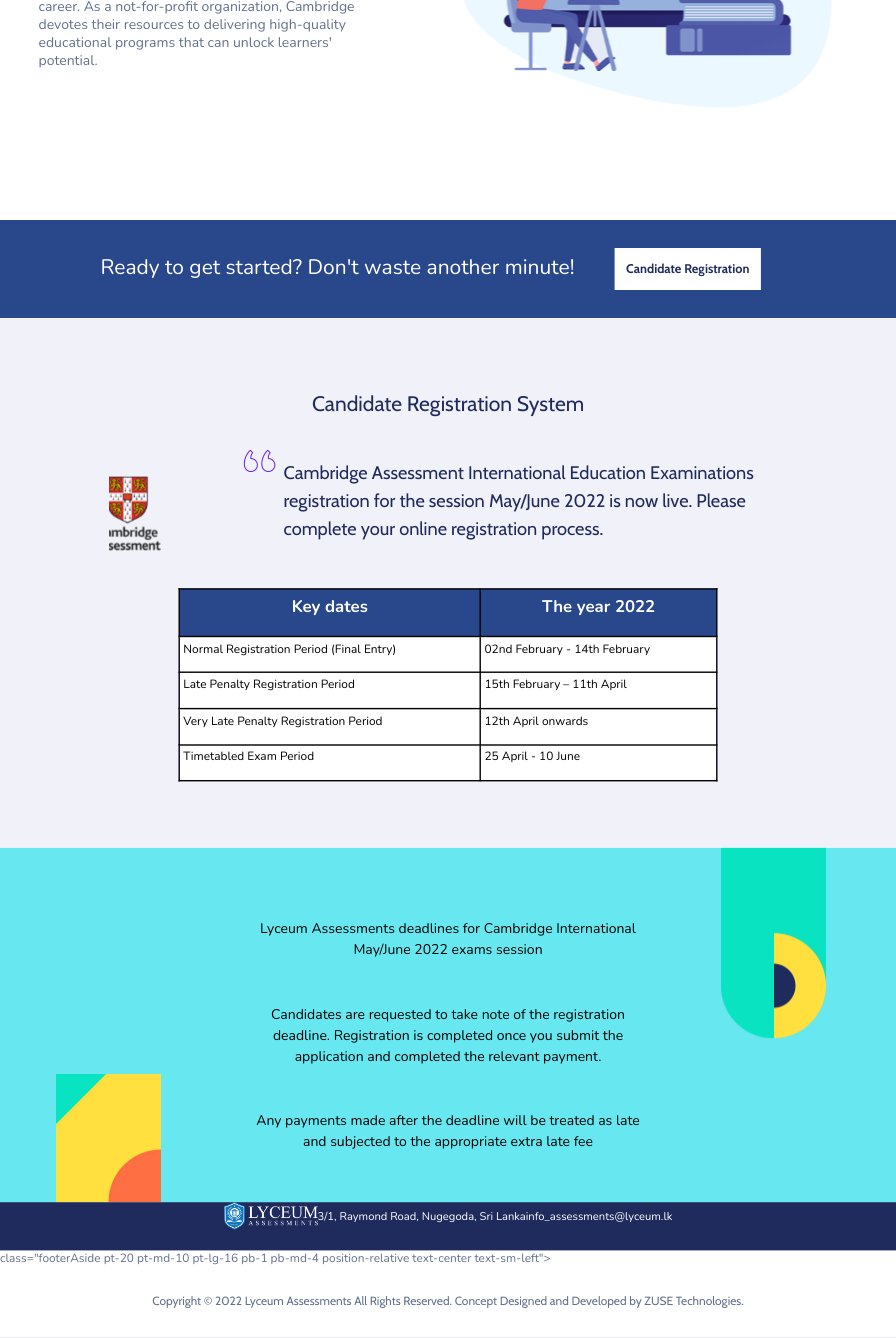
Repository: AXUSLK/LyceumAssessments-HTML
Page: index.html
An editor plug-in stored every save of this project. The page is shown before and after the next save, followed by the edit.
The browser window is 1280 px wide. The pictures show the part of the page from y = 2486 to 4406 px (the page is 4397 px tall before and 4406 px after), at 70% of full size.
Backgrounds fixed to the window are drawn as part of the page. Some web libraries are served in a nearby version.

Above is the page before, as saved 2022-01-31 15:15:39.

### index.html
<!DOCTYPE html>
<html lang="en">

<head>
	<!-- set the encoding of your site -->
	<meta charset="utf-8">
	<meta name="viewport" content="width=device-width, initial-scale=1.0">
	<!-- set the page title -->
	<title>Lyceum Assessments is a fully owned subsidiary of the Lyceum Group.</title>
	<!-- inlcude google cabin font cdn link -->
	<link
		href="https://fonts.googleapis.com/css2?family=Cabin:ital,wght@0,400;0,500;0,600;0,700;1,400;1,500;1,600;1,700&display=swap"
		rel="stylesheet">
	<!-- inlcude google nunito font cdn link -->
	<link
		href="https://fonts.googleapis.com/css2?family=Nunito:ital,wght@0,300;0,400;0,600;0,700;1,300;1,400;1,600;1,700&display=swap"
		rel="stylesheet">
	<!-- include the site bootstrap stylesheet -->
	<link rel="stylesheet" href="css/bootstrap.css">
	<!-- include the site stylesheet -->
	<link rel="stylesheet" href="style.css">
	<!-- include theme color setting stylesheet -->
	<link rel="stylesheet" href="css/colors.css">
	<!-- include the site responsive stylesheet -->
	<link rel="stylesheet" href="css/responsive.css">
</head>

<body>
	<!-- pageWrapper -->
	<div id="pageWrapper">
		<div class="phStickyWrap">

			<!-- pageHeader -->
			<header id="pageHeader" class="w-100 headerFixer">
				<div class="container">
					<!-- hdHolder -->
					<div class="hdHolder position-relative pt-2 pb-2 pt-lg-4 pb-lg-4 pt-xl-7 pb-xl-7">
						<div class="row">
							<div class="col-4 col-md-2">
								<!-- logo -->
								<div class="logo mt-1">
									<a href="javascript:void(0);">
										<img src="images/LYA__LOGO.png" class="img-fluid" alt="">
									</a>
								</div>
							</div>
							<div class="col-8 col-md-10 position-static">
								<!-- pageNav -->
								<nav id="pageNav"
									class="navbar navbar-expand-md navbar-dark justify-content-end p-0 align-items-start position-static">
									<!-- pageMainNavCollapse -->
									<div class="collapse navbar-collapse pageMainNavCollapse justify-content-end"
										id="pageMainNavCollapse">
										<!-- mainNavigation -->
										<ul class="navbar-nav mainNavigation fwSemi pt-md-2">
											<li class="nav-item">
												<a class="nav-link" href="#pageWrapper">Home <span
														class="sr-only">(current)</span></a>
											</li>
											<li class="nav-item">
												<a class="nav-link" href="#scrollToAbout">About Us</a>
											</li>
											<li class="nav-item">
												<a class="nav-link" href="#scrollToWhy">Why?</a>
											</li>
											<li class="nav-item">
												<a class="nav-link" href="#scrollToCambridge">Cambridge</a>
											</li>
											<li class="nav-item">
												<a class="nav-link" href="#scrollToContact">Contact Us</a>
											</li>
										</ul>
									</div>
									<!-- hdBtn -->
									<a href="javascript:void(0);"
										class="btn btn-info font-weight-normal text-capitalize hdBtn ml-md-3 ml-md-6 ml-lg-12 position-relative border-0 p-0"
										data-hover="Get Started">
										<span class="d-block btnText">Candidate Registration </span>
									</a>
									<!-- pageNavOpener -->
									<button class="navbar-toggler pageNavOpener ml-3" type="button"
										data-toggle="collapse" data-target="#pageMainNavCollapse"
										aria-controls="pageMainNavCollapse" aria-expanded="false"
										aria-label="Toggle navigation">
										<span class="navbar-toggler-icon"></span>
									</button>
								</nav>
							</div>
						</div>
					</div>
				</div>
			</header>
		</div>

		<main>

			<!-- Header -->
			<section class="introBlock d-flex w-100 position-relative text-white bg-secondary">
				<div class="w-100 d-flex align-items-center">
					<!-- ibHolder -->
					<div class="w-100 position-relative ibHolder py-19 py-md-23 py-xl-29">
						<div class="container">
							<div class="row align-items-center">
								<div class="col-12 col-md-6">
									<div class="captionWrap position-relative">
										<div class="wow fadeInUp" data-wow-delay="0.5s">
											<h1 class="text-white font-weight-bold mb-5"> The best route for your
												education
											</h1>
										</div>
										<div class="wow fadeInUp" data-wow-delay="1s">
											<p>Don't waste another minute, concentrate on your studies!</p>
										</div>
										<div class="wow fadeInUp" data-wow-delay="1.5s">
											<a href="#scrollToWhy"
												class="btn btn-info btnMin align-top mt-6 p-0 border-0 position-relative"
												data-hover="Why Us?">
												<span class="d-block btnText">Why?</span>
											</a>
										</div>
									</div>
								</div>
								<div class="col-12 col-md-6 d-none d-md-block imageWrap wow bounceInRight"
									data-wow-delay="2s">
									<!-- imgHolder -->
									<div class="imgHolder pl-7 pl-xl-12 position-relative">
										<img src="./images/header.png">
									</div>
								</div>
							</div>
						</div>
					</div>
				</div>
				<!-- svgBg -->
				<svg class="svgBg">
					<defs>
						<clipPath id="path01" clipPathUnits="objectBoundingBox">
							<path d="M 1 0 L 0.93 0 C 0.7 0.18 0.77 0.26 0.51 0.34 Q 0.36 0.38 0.52 1 L 1 1 Z"></path>
						</clipPath>
					</defs>
					<rect width="100%" height="100%" style="clip-path: url(#path01);" fill="#7730ef"></rect>
				</svg>
				<!-- ibBgPattern -->
				<span class="position-absolute w-100 h-100 ibBgPattern"
					style="background-image: url(images/bgShapes01.png);"></span>
			</section>

			<!-- Partners -->
			<aside class="sponsorsAside position-relative text-center">
				<div class="container">
					<div class="bg-white mt-n12 mt-md-n15 shadow-lg py-4 py-md-7">
						<!-- logosSlider -->
						<div class="logosSlider">

							<!-- slide -->
							<div>
								<!-- logoWrap -->
								<div class="logoWrap">
									<img src="images/lyceum_school.png" class="img-fluid" alt="stylus">
								</div>
							</div>
							<!-- slide -->
							<div>
								<!-- logoWrap -->
								<div class="logoWrap">
									<img src="images/lyceum_placements.png" class="img-fluid" alt="drkht">
								</div>
							</div>
							<!-- slide -->
							<div>
								<!-- logoWrap -->
								<div class="logoWrap">
									<img src="images/lyceum_assessments.png" class="img-fluid" alt="Brook.">
								</div>
							</div>

						</div>
					</div>
				</div>
			</aside>

			<!-- About -->
			<div id="scrollToAbout" class="mt-md-n12 mt-lg-n14 pt-md-12 pt-lg-14">
				<!-- featureBlock -->
				<section class="featureBlock pt-8 pt-md-13 pt-lg-19 pt-xl-23">
					<div class="container">
						<!-- afColumn -->
						<article class="afColumn mb-7 mb-md-11 mb-lg-18">
							<div class="row align-items-center">
								<div class="col-12 col-md-6 wow slideInRight">
									<div class="extraWrap pl-md-7 pl-lg-14">
										<!-- titleWrap -->
										<header class="titleWrap">
											<h3 class="mb-5">About Lyceum Assessments</h3>
											<p>Lyceum Assessments is a fully owned subsidiary of the Lyceum Group. We
												are focusing on
												conducting, administering and offering competitive international and
												Lyceum examinations to
												students island-wide.
											</p>
											<p>
												Lyceum Assessments (Pvt) Limited was incorporated as a private limited
												company under the
												Companies Act of Sri Lanka on 27th July 2021.</p>
										</header>
										<!-- afTabsList -->
										<ul class="nav nav-tabs afTabsList border-0 fontAlter fwMedium mt-8" id="myTab"
											role="tablist">
											<li class="nav-item" role="presentation">
												<a class="nav-link active" id="analytics-tab" data-toggle="tab"
													href="#analytics" role="tab" aria-controls="analytics"
													aria-selected="true">Our Vision</a>
											</li>
											<li class="nav-item" role="presentation">
												<a class="nav-link" id="traffic-tab" data-toggle="tab" href="#traffic"
													role="tab" aria-controls="traffic" aria-selected="false">Our
													Mission</a>
											</li>
										</ul>
										<!-- myTabContent -->
										<div class="tab-content" id="myTabContent">
											<div class="tab-pane fade show active" id="analytics" role="tabpanel"
												aria-labelledby="analytics-tab">
												<div class="mtctWrap overflow-hidden pt-5">
													<p>To become the market leader in the administration of assessments
														in the region.</p>
												</div>
											</div>
											<div class="tab-pane fade" id="traffic" role="tabpanel"
												aria-labelledby="traffic-tab">
												<div class="mtctWrap overflow-hidden pt-5">
													<p>To provide the expertise required to assess learning at different
														levels of education by making
														globally recognized awards and qualifications accessible &
														affordable to all while ensuring
														international quality standards.</p>
												</div>
											</div>
										</div>
									</div>
								</div>

								<div class="col-12 col-md-6 wow slideInLeft">
									<!-- imgHolder -->
									<div class="imgHolder position-relative mx-auto mb-4 mb-md-0">
										<img src="./images/about.png" class="img-fluid" alt="image description">
										<!-- bgPattern -->
										<span class="bgPattern position-absolute"
											style="background-image: url(images/bgShapes03.png);"></span>
									</div>
								</div>
							</div>
						</article>
					</div>
				</section>
			</div>

			<!-- allFeatBlock -->
			<section id="scrollToWhy" class="allFeatBlock pb-3 pb-lg-10 pb-xl-14">
				<div class="container">
					<!-- afColumnsWrap -->
					<div class="afColumnsWrap">
						<!-- afColumn -->
						<article class="afColumn mb-7 mb-md-11 mb-lg-18">
							<div class="row align-items-center">
								<div class="col-12 col-md-6 wow slideInLeft">
									<!-- imgHolder -->
									<div class="imgHolder position-relative mx-auto mb-4 mb-md-0">
										<img src="./images/lyceum_group.png" class="img-fluid" alt="image description">
										<!-- bgPattern -->
										<span class="bgPattern position-absolute"
											style="background-image: url(images/bgShapes03.png);"></span>
									</div>
								</div>
								<div class="col-12 col-md-6 wow slideInRight">
									<div class="extraWrap pl-md-7 pl-lg-14">
										<!-- titleWrap -->
										<header class="titleWrap">
											<h3 class="mb-5">The Lyceum Group</h3>
										</header>
										<p>
										<p>Lyceum group allows the students to grow with international ideals and
											character, in a multi-ethnic, multi-cultural and multi-religious, school
											environment. Academic and co-curricular programmes conducted by Lyceum
											International Schools, fully complying with international standards.</p>
										<p>The Honourable Dr. Mohan Lal Grero, a visionary educator founded Lyceum
											International Schools in 1993 to provide English medium education up to
											Grade 12. The school is non-profit organization, which is co-educational and
											committed to the pursuit of excellence in teaching and learning in the
											English medium, which is accessible and affordable to all within the
											socio-cultural environment of Sri Lanka.</p>
										<p>Lyceum Placements and Lyceum Assessments are the latest additions to the
											Lyceum Group</p>
										</p>
									</div>
								</div>
							</div>
						</article>
						<!-- afColumn -->
						<article class="afColumn mb-7 mb-md-11 mb-lg-18">
							<div class="row align-items-center">
								<div class="col-12 col-md-6 wow slideInLeft">
									<!-- imgHolder -->
									<div class="imgHolder position-relative mx-auto mb-4 mb-md-0">
										<img src="./images/cambridge.png" class="img-fluid" alt="image description">
										<!-- bgPattern -->
										<span class="bgPattern position-absolute"
											style="background-image: url(images/bgShapes03.png);"></span>
									</div>
								</div>
								<div class="col-12 col-md-6 wow slideInRight">
									<div class="extraWrap pr-md-7 pr-lg-14">
										<!-- titleWrap -->
										<header class="titleWrap">
											<h3 class="mb-5">Cambridge International Examinations</h3>
											<p>
											<p>Cambridge Assessment International Education prepares school students for
												life, helping them develop an informed curiosity and a lasting passion
												for learning.</p>
											<p>Cambridge international qualifications are recognized by the
												world&rsquo;s best universities and employers, giving students a wide
												range of options in their education and career. As a not-for-profit
												organization, Cambridge devotes their resources to delivering
												high-quality educational programs that can unlock learners' potential.
											</p>
											</p>
										</header>

									</div>
								</div>
							</div>
						</article>
					</div>
				</div>
			</section>

			<!-- tryPetAside -->
			<aside class="tryPetAside text-center text-white py-5 py-lg-8 wow pulse">
				<div class="container">
					<p class="mb-0">Ready to get started? Don't waste another minute! <a href="javascript:void(0);"
							class="btn btnWhite mt-3 mt-md-0 mx-md-4 mx-lg-10 btnMin p-0 border-0 position-relative"
							data-hover="Try it"><span class="d-block btnText">Candidate Registration</span></a></p>
				</div>
			</aside>

			<div id="scrollToCambridge" class="mt-md-n12 mt-lg-n14 pt-md-12 pt-lg-14 wow fadeIn" data-wow-delay="1s">
				<!-- testimonialsBlock -->
				<article
					class="testimonialsBlock bg-light pt-7 pb-5 pt-md-9 pb-md-7 pt-lg-14 pb-lg-12 pt-xl-21 pb-xl-19">
					<div class="container">
						<header class="text-center mb-8">
							<h2 class="h4 font-weight-normal">Candidate
								Registration System</h2>
						</header>
						<div class="row">
							<div class="col-12 col-md-10 offset-md-1">
								<!-- quotesSlider -->
								<div class="quotesSlider">
									<div>
										<!-- clientQuote -->
										<blockquote
											class="clientQuote fontAlter position-relative text-primary pt-25 pt-sm-0 pl-sm-40 pl-xl-50 mb-0">
											<q class="d-block position-relative mb-7 pt-4 pl-12 pl-sm-0">Cambridge
												Assessment International Education Examinations registration for the
												session May/June
												2022 is now live. Please complete your online registration
												process. </q>
											<cite class="d-block pl-12 pl-sm-0">
												<!-- profilePicWrap -->
												<span
													class="profilePicWrap position-absolute overflow-hidden rounded-circle">
													<img src="./images/cambridge_logo.png"
														class="img-fluid w-100 h-100 imgFit rounded-circle"
														alt="Donald Salvor || Global Initiative">
												</span>

											</cite>
										</blockquote>
									</div>
								</div>
							</div>
						</div>
						<div class="row">
							<div class="col-md-2"></div>
							<div class="col-md-8">
								<table class="infoTable">
									<tbody>
										<tr>
											<th width="298">
												<p><strong>Key dates</strong></p>
											</th>
											<th width="234">
												<p><strong>The year 2022</strong></p>
											</th>
										</tr>
										<tr>
											<td width="298">
												<p>Normal Registration Period (Final Entry)</p>
											</td>
											<td width="234">
												<p>02nd February - 14th February</p>
											</td>
										</tr>
										<tr>
											<td width="298">
												<p>Late Penalty Registration Period</p>
											</td>
											<td width="234">
												<p>15th February &ndash; 11th April</p>
											</td>
										</tr>
										<tr>
											<td width="298">
												<p>Very Late Penalty Registration Period</p>
											</td>
											<td width="234">
												<p>12th April onwards</p>
											</td>
										</tr>
										<tr>
											<td width="298">
												<p>Timetabled Exam Period</p>
											</td>
											<td width="234">
												<p>25 April - 10 June</p>
											</td>
										</tr>
									</tbody>
								</table>
							</div>
							<div class="col-md-2"></div>

						</div>

					</div>
				</article>
			</div>

			<!-- getStartedAside -->
			<aside
				class="getStartedAside textMedium position-relative d-flex w-100 bg-info text-center overflow-hidden">
				<div class="d-flex w-100 gsaHolder align-items-center">
					<div class="w-100 py-7">
						<div class="container">
							<div class="row">
								<div
									class="col-12 col-md-10 offset-md-1 col-lg-8 offset-lg-2 col-xl-6 offset-xl-3 wow wobble">
									<!-- <h1 class="h1Medium fontBase font-weight-normal mb-4">Let us help you with your
										design hassles</h1> -->

									<div class="infoTableP">
										<p>&nbsp;</p>
										<p>Lyceum Assessments deadlines for Cambridge International May/June 2022 exams
											session</p>
										<p>&nbsp;</p>
										<p>Candidates are requested to take note of the registration deadline.
											Registration
											is completed once you submit the application and completed the relevant
											payment.
										</p>
										<p>&nbsp;</p>
										<p>Any payments made after the deadline will be treated as late and subjected to
											the
											appropriate extra late fee</p>
									</div>

								</div>
							</div>
						</div>
					</div>
				</div>
				<span class="bgPattern bgPatterni inaccessible position-absolute wow bounceInDown" data-wow-delay="1s">
					<img src="images/bgShapes05.png" class="img-fluid" alt="image description">
				</span>
				<span class="bgPattern bgPatternii inaccessible position-absolute  wow bounceInUp" data-wow-delay="1s">
					<img src="images/bgShapes04.jpg" class="img-fluid" alt="image description">
				</span>
			</aside>

		</main>

		<!-- Footer -->
		<div class="ftAreaWrap bg-primary text-gray777fa1 wow fadeIn" data-wow-delay="0.5s">
			<!-- footerAside -->
			<aside id="scrollToContact" <div style="display: flex; justify-content: center; align-items: center;">
				<!-- ftLogo -->
				<div class="ftLogo mb-6 mx-auto mx-md-0">
					<a href="javascript:void(0);">
						<img src="images/LYA__LOGO.png" class="img-fluid" alt="">
					</a>
				</div>

				<!-- ftAddress -->
				<address class="ftAddress text-center text-md-left mb-6 mt-6 mt-md-0">3/1, Raymond Road,
					Nugegoda, Sri Lanka</address>

				<address class="ftAddress text-center text-md-left mb-6 mt-6 mt-md-0">
					info_assessments@lyceum.lk</address>
		</div>
		class="footerAside pt-20 pt-md-10 pt-lg-16 pb-1 pb-md-4 position-relative text-center text-sm-left">
		<div class="container">
			<div class="row">



			</div>
		</div>
		</aside>
		<!-- pageFooter -->
		<footer id="pageFooter" class="text-center fontAlter">
			<div class="container">
				<!-- pfHolder -->
				<div class="pfHolder pt-7 pb-5">
					<p>Copyright © 2022 Lyceum Assessments All Rights
						Reserved. Concept Designed and Developed by
						<a target="_blank" href="https://zuse.lk/">ZUSE Technologies.</a>
					</p>
				</div>
			</div>
		</footer>
	</div>

	</div>
	<!-- include jQuery library -->
	<script src="js/jquery-3.4.1.min.js"></script>
	<!-- include bootstrap popper JavaScript -->
	<script src="js/popper.min.js"></script>
	<!-- include bootstrap JavaScript -->
	<script src="js/bootstrap.min.js"></script>
	<!-- include custom JavaScript -->
	<script src="js/jqueryCustom.js"></script>
	<!-- include fontAwesome -->
	<script src="https://kit.fontawesome.com/391f644c42.js"></script>
</body>

</html>

### css/colors.css
.btnTheme .btnText,
#pageHeader.fixedPosition,
.featColumn:before,
.tryPetAside,
.ftSocialNetworks > li > a:hover {
	background-color: #29478b;
}

.btnTheme:before,
.afDefList .icn,
.afTabsList .nav-link.active,
.clientQuote q:before,
.tickList > li:before {
	color: #6720df;
}

.btnTheme:before,
.btnTheme .btnText,
.afTabsList .nav-link.active {
	border-color: #6720df;
}

Loaded but not shown: css/bootstrap.css (library); js/jquery-3.4.1.min.js (library); js/popper.min.js (library); js/bootstrap.min.js (library); js/jqueryCustom.js (771 lines, source omitted); style.css (4752 lines, source omitted); css/responsive.css (209 lines, source omitted)

After the next save:
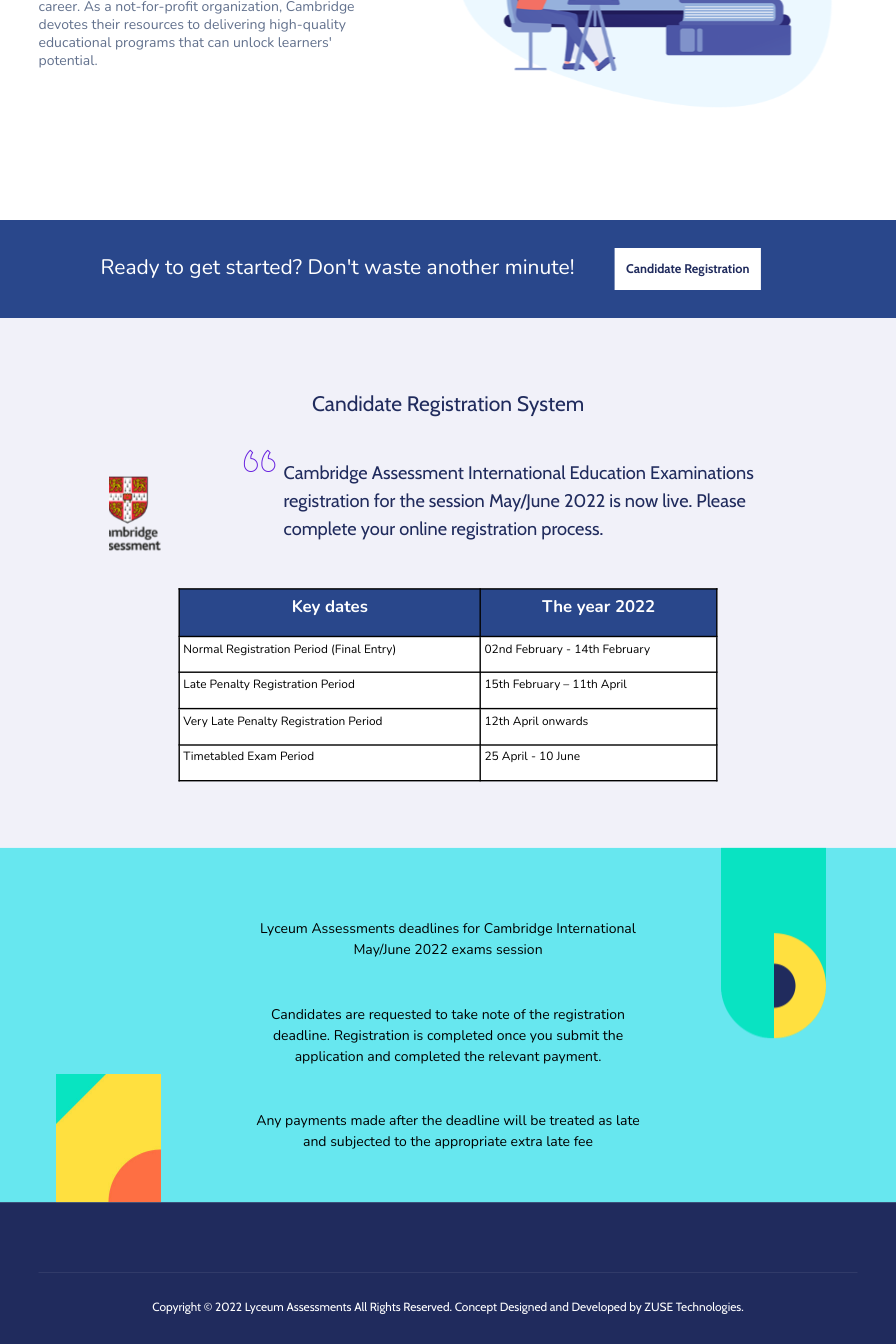
Saved 21 s later.
--- a/index.html
+++ b/index.html
@@ -482,43 +482,29 @@
 		<!-- Footer -->
 		<div class="ftAreaWrap bg-primary text-gray777fa1 wow fadeIn" data-wow-delay="0.5s">
 			<!-- footerAside -->
-			<aside id="scrollToContact" <div style="display: flex; justify-content: center; align-items: center;">
-				<!-- ftLogo -->
-				<div class="ftLogo mb-6 mx-auto mx-md-0">
-					<a href="javascript:void(0);">
-						<img src="images/LYA__LOGO.png" class="img-fluid" alt="">
-					</a>
-				</div>
-
-				<!-- ftAddress -->
-				<address class="ftAddress text-center text-md-left mb-6 mt-6 mt-md-0">3/1, Raymond Road,
-					Nugegoda, Sri Lanka</address>
-
-				<address class="ftAddress text-center text-md-left mb-6 mt-6 mt-md-0">
-					info_assessments@lyceum.lk</address>
+			<aside id="scrollToContact"
+				class="footerAside pt-20 pt-md-10 pt-lg-16 pb-1 pb-md-4 position-relative text-center text-sm-left">
+				<div class="container">
+					<div class="row">
+
+
+
+					</div>
+				</div>
+			</aside>
+			<!-- pageFooter -->
+			<footer id="pageFooter" class="text-center fontAlter">
+				<div class="container">
+					<!-- pfHolder -->
+					<div class="pfHolder pt-7 pb-5">
+						<p>Copyright © 2022 Lyceum Assessments All Rights
+							Reserved. Concept Designed and Developed by
+							<a target="_blank" href="https://zuse.lk/">ZUSE Technologies.</a>
+						</p>
+					</div>
+				</div>
+			</footer>
 		</div>
-		class="footerAside pt-20 pt-md-10 pt-lg-16 pb-1 pb-md-4 position-relative text-center text-sm-left">
-		<div class="container">
-			<div class="row">
-
-
-
-			</div>
-		</div>
-		</aside>
-		<!-- pageFooter -->
-		<footer id="pageFooter" class="text-center fontAlter">
-			<div class="container">
-				<!-- pfHolder -->
-				<div class="pfHolder pt-7 pb-5">
-					<p>Copyright © 2022 Lyceum Assessments All Rights
-						Reserved. Concept Designed and Developed by
-						<a target="_blank" href="https://zuse.lk/">ZUSE Technologies.</a>
-					</p>
-				</div>
-			</div>
-		</footer>
-	</div>
 
 	</div>
 	<!-- include jQuery library -->
